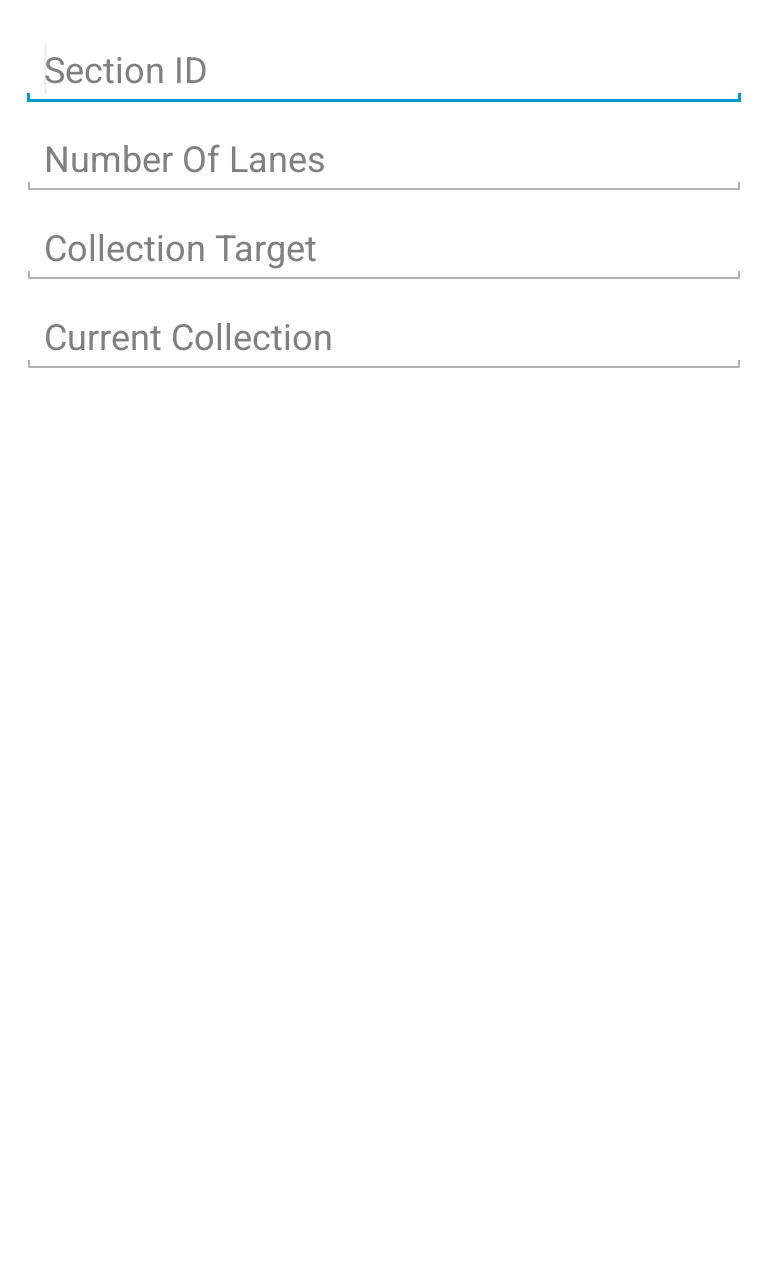
Repository: greatrakshit/Personal
Layout: POIRecorder/res/layout/activity_toll_booth.xml
An editor plug-in stored every save of this project. The layout is shown before and after the next save, followed by the edit.
It is drawn on a 768 x 1280 px phone screen (xhdpi) without system bars, with theme AppTheme; the app's code is not run.

Above is the layout before, as saved 2014-09-14 13:13:57.

### POIRecorder/res/layout/activity_toll_booth.xml
<LinearLayout xmlns:android="http://schemas.android.com/apk/res/android"
    android:layout_width="fill_parent"
    android:layout_height="fill_parent"
    android:orientation="vertical"
    android:padding="10dp" >

    <EditText
        android:id="@+id/editText1"
        android:layout_width="match_parent"
        android:layout_height="wrap_content"
        android:layout_marginBottom="5dp"
        android:layout_marginTop="5dp"
        android:ems="10"
        android:hint="@string/attribute_tollbooth_sectionId" >

        <requestFocus />
    </EditText>

    <EditText
        android:id="@+id/editText2"
        android:layout_width="match_parent"
        android:layout_height="wrap_content"
        android:layout_marginBottom="5dp"
        android:ems="10"
        android:hint="@string/attribute_tollbooth_numLanes"
        android:inputType="number" />

    <EditText
        android:id="@+id/editText3"
        android:layout_width="match_parent"
        android:layout_height="wrap_content"
        android:layout_marginBottom="5dp"
        android:ems="10"
        android:hint="@string/attribute_tollbooth_collectionTarget"
        android:inputType="number" />

    <EditText
        android:id="@+id/editText4"
        android:layout_width="match_parent"
        android:layout_height="wrap_content"
        android:layout_marginBottom="5dp"
        android:ems="10"
        android:hint="@string/attribute_tollbooth_currentCollection"
        android:inputType="number" />

</LinearLayout>

### POIRecorder/res/values/styles.xml
<?xml version="1.0" encoding="utf-8"?>
<resources>

    <!--
        Base application theme, dependent on API level. This theme is replaced
        by AppBaseTheme from res/values-vXX/styles.xml on newer devices.

    -->
    <style name="AppBaseTheme" parent="android:Theme.Light">
        <!--
            Theme customizations available in newer API levels can go in
            res/values-vXX/styles.xml, while customizations related to
            backward-compatibility can go here.

        -->
    </style>

    <!-- Application theme. -->
    <style name="AppTheme" parent="AppBaseTheme">
        <!-- All customizations that are NOT specific to a particular API-level can go here. -->
    </style>

    <style name="LoginFormContainer">
        <item name="android:layout_width">match_parent</item>
        <item name="android:layout_height">wrap_content</item>
        <item name="android:padding">16dp</item>
    </style>
</resources>

### POIRecorder/res/values/strings.xml
<?xml version="1.0" encoding="utf-8"?>
<resources>

    <string name="app_name">POI Recorder</string>
    <string name="action_settings">Settings</string>
    <string name="hello_world">Hello world!</string>
    <string name="enableGPS">POI Recorder needs GPS to be enabled to function properly. Do you want to enable it ?</string>
    <string name="yes">Yes</string>
    <string name="no">No</string>
    <string name="ok">Ok</string>
    <string name="select_poi">Select Point Of Interest</string>
    <string name="exit">Exit Application</string>
    <string name="title_activity_main">MainActivity</string>
    <string name="add_poi">Add Point Of Interest</string>
    <string name="choose_poi">Choose POI Type</string>
    <string name="choose_facilities">Choose Facility Type</string>
    <string name="upload">Upload Data</string>
    <string name="save">Save</string>
    <string name="cancel">Cancel</string>
    <string name="name">Name</string>
    <string name="logout">Logout</string>
    <string name="statistics">Statistics</string>
    <string name="title_activity_poi">POI Recorder</string>
    <string name="poi_type_tollBooth">Toll Booth</string>
    <string name="poi_type_facilities">Facilities</string>
    <string name="poi_type_highwaySegments">Highway Segment</string>
    <string name="poi_type_milepost">Mile Post</string>
    <string name="subtype_facilities_restaurant">Restaurant</string>
    <string name="subtype_facilities_dhaba">Dhaba</string>
    <string name="subtype_facilities_vehicleRepairShop">Vehicle Repair Shop</string>
    <string name="subtype_facilities_policeStation">Police Station</string>
    <string name="subtype_facilities_clinic">Clinic</string>
    <string name="subtype_facilities_hospital">Hospital</string>
    <string name="subtype_facilities_groceryShop">Grocery Shop</string>
    <string name="subtype_facilities_farmerMarket">Farmer Market</string>
    <string name="attribute_tollbooth_sectionId">Section ID</string>
    <string name="attribute_tollbooth_numLanes">Number Of Lanes</string>
    <string name="attribute_tollbooth_collectionTarget">Collection Target</string>
    <string name="attribute_tollbooth_currentCollection">Current Collection</string>
    <string name="attribute_facilities_type">Type</string>
    <string name="attribute_facilities_name">Name</string>
    <string name="attribute_facilities_ownerName">Owner\'s Name</string>
    <string name="attribute_facilities_address1">Address 1</string>
    <string name="attribute_facilities_address2">Address 2</string>
    <string name="attribute_facilities_address3">Address 3</string>
    <string name="attribute_facilities_address4">Address 4</string>
    <string name="attribute_facilities_address5">Address 5</string>
    <string name="attribute_facilities_city">City</string>
    <string name="attribute_facilities_state">State</string>
    <string name="attribute_facilities_pincode">Pincode</string>
    <string name="attribute_facilities_phone1">Phone 1</string>
    <string name="attribute_facilities_phone2">Phone 2</string>
    <string name="attribute_highwaySegments_type">Type</string>
    <string name="attribute_highwaySegments_markerType">Marker Type</string>
    <string name="attribute_highwaySegments_name">Name</string>
    <string name="attribute_highwaySegments_ownerName">Owner Name</string>
    <string name="attribute_highwaySegments_contactNumber">Contact Number</string>
    <string name="attribute_milepost">Location</string>

    <string-array name="poi_list">
        <item>Facilities</item>
        <item>Highway Segment</item>
        <item>Mile Post</item>
        <item>Toll Booth</item>
    </string-array>
    <string-array name="facilities_list">
        <item>Clinic</item>
        <item>Dhaba</item>
        <item>Farmer Market</item>
        <item>Grocery Shop</item>
        <item>Hospital</item>
        <item>Police Station</item>
        <item>Restaurant</item>
        <item>Vehicle Repair Shop</item>
    </string-array>

    <string name="title_activity_poi_list">PoiList</string>
    <string name="title_activity_poi__dialog">Poi_Dialog</string>
    <string name="title_activity_facilities_dialog">FacilitiesDialog</string>
    <string name="title_activity_toll_booth">TollBoothActivity</string>
    <string name="title_activity_facility">FacilityActivity</string>
    <string name="title_activity_highway_segment">HighwaySegmentActivity</string>
    <string name="title_activity_milepost">MilepostActivity</string>

</resources>

Loaded but not shown: POIRecorder/res/values-v11/styles.xml (common file); POIRecorder/res/values-v14/styles.xml (common file)

After the next save:
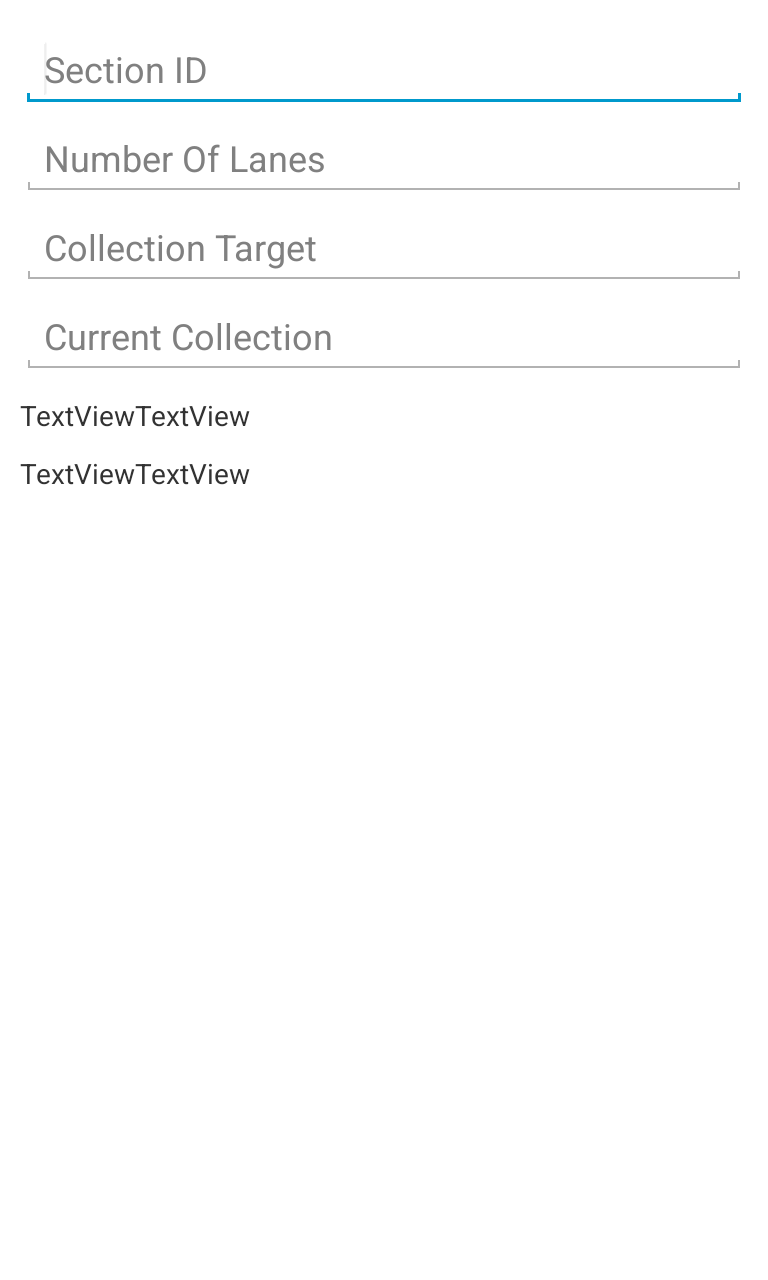
Saved 4 min 27 s later.
--- a/POIRecorder/res/layout/activity_toll_booth.xml
+++ b/POIRecorder/res/layout/activity_toll_booth.xml
@@ -38,9 +38,46 @@
         android:id="@+id/editText4"
         android:layout_width="match_parent"
         android:layout_height="wrap_content"
-        android:layout_marginBottom="5dp"
+        android:layout_marginBottom="10dp"
         android:ems="10"
         android:hint="@string/attribute_tollbooth_currentCollection"
         android:inputType="number" />
 
+    <LinearLayout
+        android:layout_width="match_parent"
+        android:layout_height="wrap_content"
+        android:layout_marginBottom="10dp" >
+
+        <TextView
+            android:id="@+id/textView1"
+            android:layout_width="wrap_content"
+            android:layout_height="wrap_content"
+            android:text="TextView" />
+
+        <TextView
+            android:id="@+id/textView2"
+            android:layout_width="wrap_content"
+            android:layout_height="wrap_content"
+            android:text="TextView" />
+
+    </LinearLayout>
+
+    <LinearLayout
+        android:layout_width="match_parent"
+        android:layout_height="wrap_content" >
+
+        <TextView
+            android:id="@+id/textView3"
+            android:layout_width="wrap_content"
+            android:layout_height="wrap_content"
+            android:text="TextView" />
+
+        <TextView
+            android:id="@+id/textView4"
+            android:layout_width="wrap_content"
+            android:layout_height="wrap_content"
+            android:text="TextView" />
+
+    </LinearLayout>
+
 </LinearLayout>
